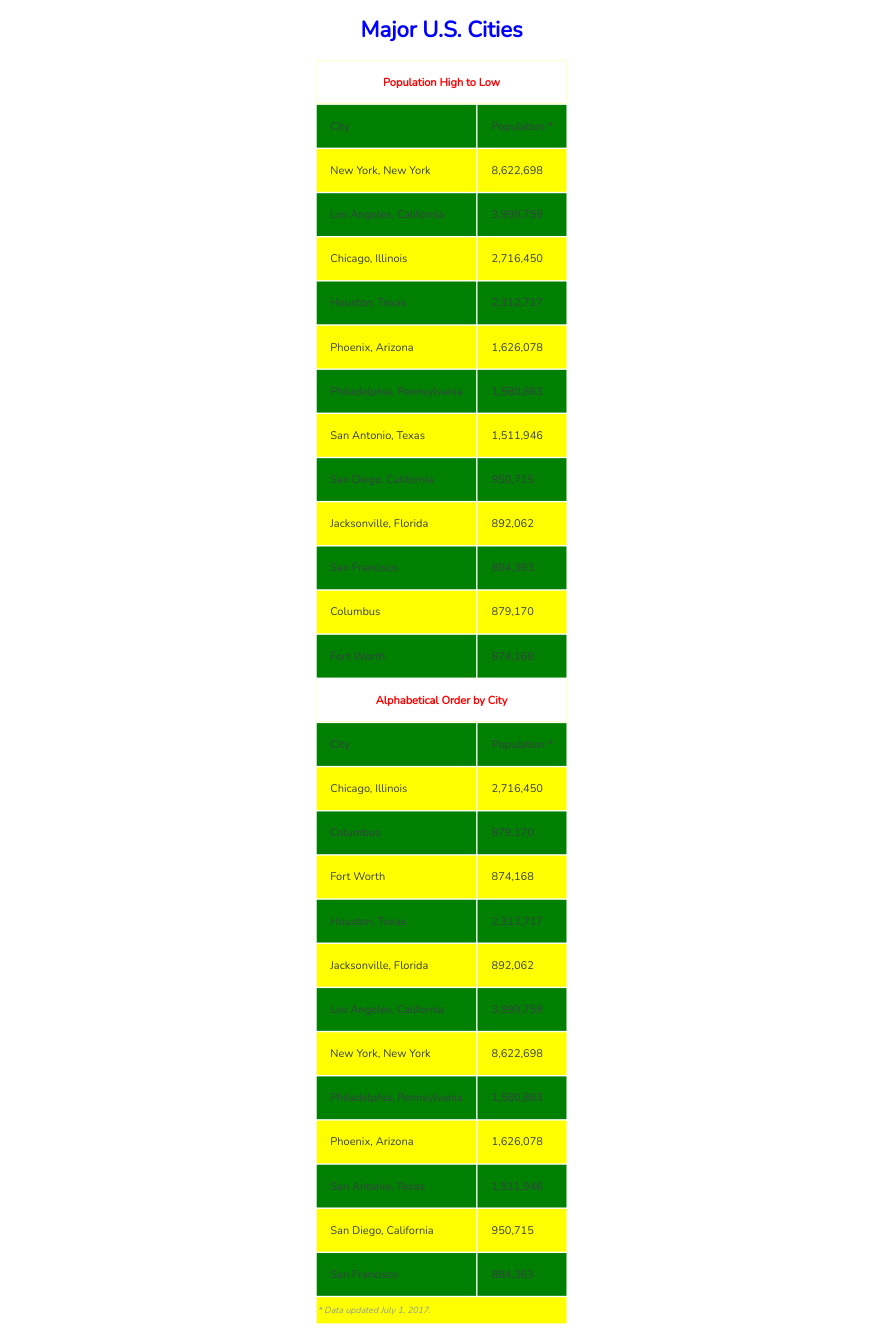
Repository: oduong1/COSW30
Page: http://localhost/homework/hw4/population_array.php
The author's editor kept a record of every edit. The page is drawn from the files as they stood at one moment, then again after the next edit.
The browser window is 1280 px wide. The pictures show the whole page, at 69% of full size.
Some web fonts or font styles are not loaded; a fallback is used. The page is run by PHP 8.4 with error messages shown; the project is at /var/www/html/.

Above is the page before.
Not found: homework/hw4/normalize.css

### homework/hw4/population_array.php
<!DOCTYPE html>
<html>
  <head>
    <meta charset="utf-8">
    <meta name="viewport" content="width=device-width, initial-scale=1.0">
    <title>City Population</title>
    <link rel="stylesheet" href="normalize.css">
    <link href='http://fonts.googleapis.com/css?family=Nunito:400,300' rel='stylesheet' type='text/css'>
    <link href="https://fonts.googleapis.com/css?family=Gayathri&display=swap" rel="stylesheet">
    <link rel="stylesheet" href="table.css">
  </head>
  <body >
    <container id="center_a"><h1>Major U.S. Cities</h1></container>

      <table>

    <?php

        $population = [
            "New York, New York" => "8,622,698",
            "Los Angeles, California" => "3,999,759",
            "Chicago, Illinois" => "2,716,450",
            "Houston, Texas" => "2,312,717",
            "Phoenix, Arizona" => "1,626,078",
            "Philadelphia, Pennsylvania" => "1,580,863",
            "San Antonio, Texas" => "1,511,946",
            "San Diego, California" => "950,715",
            "Jacksonville, Florida" => "892,062",
            "San Francisco" => "884,363",
            "Columbus" => "879,170",
            "Fort Worth" => "874,168"
        ];

//display original list
echo'        <th colspan="2">Population High to Low</th>';
echo '<tr><td>City</td><td>Population *</td></tr>';

        foreach ($population as $city => $pop) {
            echo "
                <tr>
                  <td>$city</td>
                  <td>$pop</td>
                </tr>\n";
            }

//display list by city
ksort($population);

echo'        <th colspan="2">Alphabetical Order by City</th>';
echo '<tr><td>City</td><td>Population *</td></tr>';

        foreach ($population as $city => $pop) {
            echo "
                <tr>
                  <td>$city</td>
                  <td>$pop</td>
                </tr>\n";
            }
?>
        </tbody>
                <tfoot>
          <tr>
            <td colspan="3">* Data updated July 1, 2017.</td>
          </tr>
        </tfoot>
      </table>

  </body>
</html>

### homework/hw4/table.css
*, *:before, *:after {
  -moz-box-sizing: border-box;
  -webkit-box-sizing: border-box;
  box-sizing: border-box;
}

body {
  font-family: 'Nunito', sans-serif;
  color: #384047;
  text-align: center;
}

table {
  max-width: 960px;
  margin: 10px auto;
}

#center_a {
  display: block;
  max-width: 960px;
  margin: 10px auto;
  color: blue;

}

caption {
  font-size: 1.6em;
  font-weight: 400;
  padding: 10px 0;
}

thead th {
  font-weight: 400;
  background: #8a97a0;
  color: #FFF;
}
tr:first-child {
  background-color: blue;
}

tr {
  background: #f4f7f8;
  border-bottom: 1px solid #FFF;
  margin-bottom: 5px;
}

tr:nth-child(odd) {
  background: yellow;
}


tr:nth-child(even) {
  background: green;
}

th {
  text-align: center;
  padding: 20px;
  color: red;
  background: #fff;
}

td {
  text-align: left;
  padding: 20px;
  font-weight: 300;
}

tfoot tr {
  background: none;
}

tfoot td {
  padding: 10px 2px;
  font-size: 0.8em;
  font-style: italic;
  color: #8a97a0;
}

After the next edit:
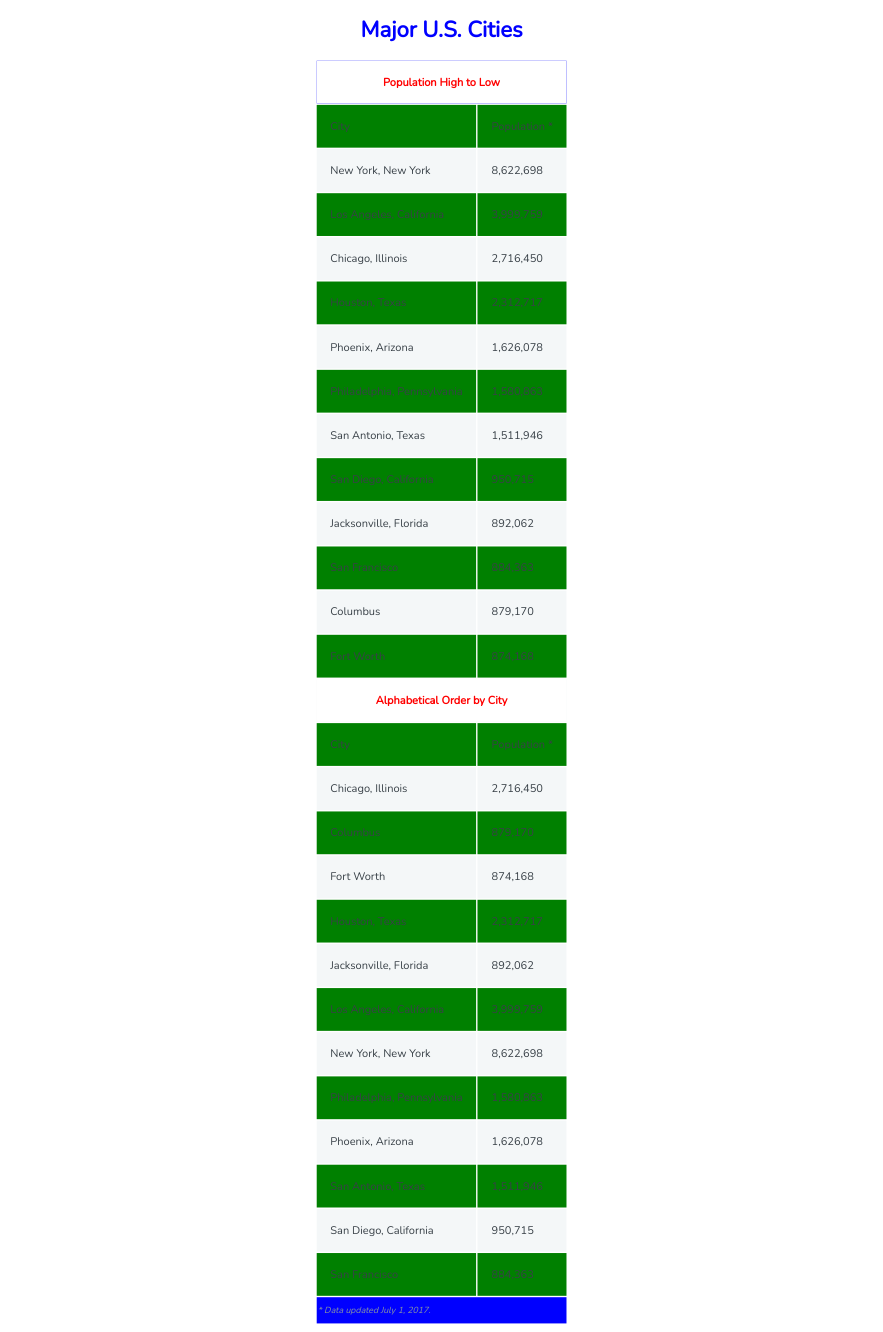
The edit:
--- a/homework/hw4/table.css
+++ b/homework/hw4/table.css
@@ -44,9 +44,9 @@
   margin-bottom: 5px;
 }
 
-tr:nth-child(odd) {
-  background: yellow;
-}
+/*tr:nth-child(odd) {*/
+/*  background: yellow;*/
+/*}*/
 
 
 tr:nth-child(even) {
